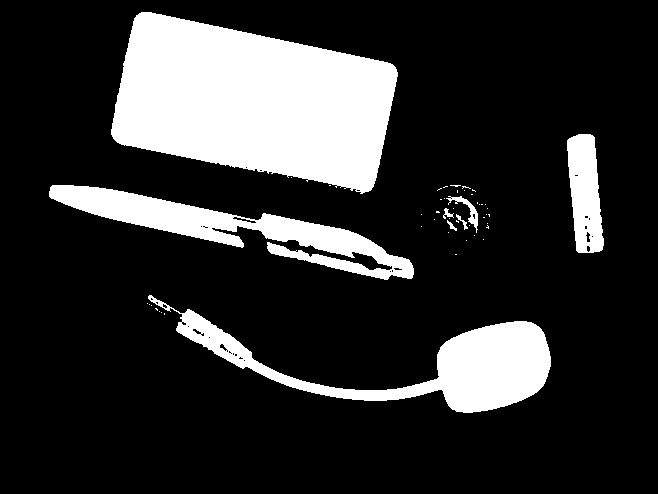
Repository: kaiofbgarcia/OpenCV
Script's output: python newCoin.py
These files come from the project's save history. The script's output is drawn as it stood at one moment and after the next save; the edit follows.
Random numbers start from a fixed seed. It also reads img/img1.jpg.

Above is the script's output before, as saved 2022-06-28 19:58:25.

### newCoin.py
import cv2
from cv2 import THRESH_BINARY
import numpy as np
from numpy import binary_repr

imagem = cv2.imread("img/img1.jpg")          # Carregar a imagem
res = cv2.resize(imagem, dsize=( 658, 494), interpolation=cv2.INTER_CUBIC) # Redimensionar Img ################
gray = cv2.cvtColor(res, cv2.COLOR_BGR2GRAY)     # GrayScale
blur = cv2.blur(gray,(3,3))                       # Blur ###############

ret,binary = cv2.threshold(blur , 65 ,255, cv2.THRESH_BINARY)         # Binarização ################
ret1,binary1 = cv2.threshold(binary,127,255,cv2.THRESH_BINARY_INV)   # Inverter a Binarização


kernel = np.ones((5,5), np.uint8)
dilation = cv2.dilate(binary1, kernel, iterations=4)   # Dilatar ####################

contours, hierarchy = cv2.findContours(dilation, cv2.RETR_TREE, cv2.CHAIN_APPROX_SIMPLE) # Procura os Objetos
cont = len(contours)                                                                     # Conta os Objetos
cv2.drawContours(res, contours, -1, (0,255,0), 3)

print("Numero de Objetos Encontrados: ",cont)

cv2.imshow("Dilatation", binary1)


cv2.waitKey(0)

After the next save:
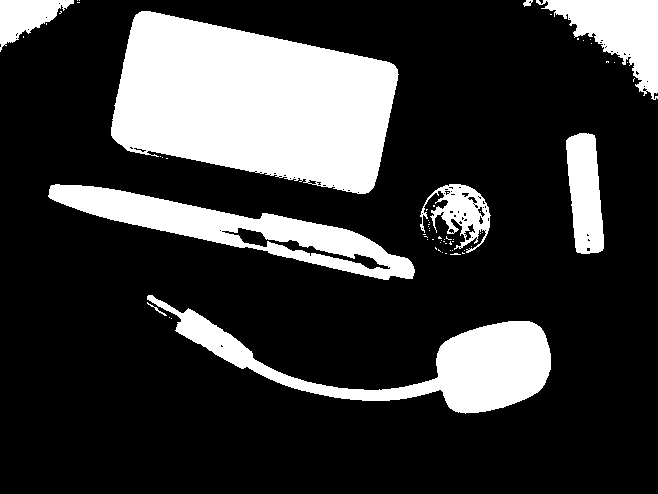
Saved 39 s later.
--- a/newCoin.py
+++ b/newCoin.py
@@ -8,7 +8,7 @@
 gray = cv2.cvtColor(res, cv2.COLOR_BGR2GRAY)     # GrayScale
 blur = cv2.blur(gray,(3,3))                       # Blur ###############
 
-ret,binary = cv2.threshold(blur , 65 ,255, cv2.THRESH_BINARY)         # Binarização ################
+ret,binary = cv2.threshold(blur , 65 ,255, cv2.THRESH_OTSU)         # Binarização ################
 ret1,binary1 = cv2.threshold(binary,127,255,cv2.THRESH_BINARY_INV)   # Inverter a Binarização
 
 
